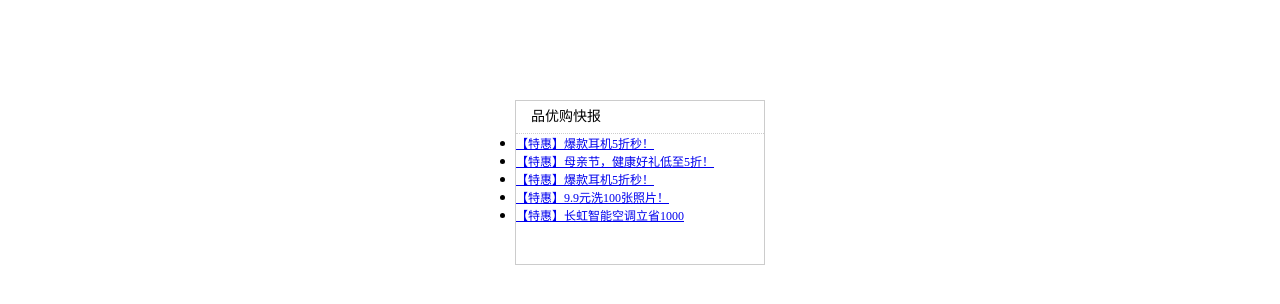
Repository: TheBestBadGuy0228/code
Page: 快报模块.html
The author's editor kept a copy of each file at every save. The page is drawn from the files as they stood at one save, then again after the next save.
The browser window is 1280 px wide. The pictures show the whole page.

Above is the page before, as saved 2021-12-08 13:41:29.

### 快报模块.html
<!-- /*
 * @Author: Xiao
 * @Date: 2021-12-08 13:18:32
 * @Last Modified by:   Xiao
 * @Last Modified time: 2021-12-08 13:18:32
 */ -->
<!DOCTYPE html>
<html lang="zh-CN">
<head>
    <meta charset="UTF-8">
    <meta http-equiv="X-UA-Compatible" content="IE=edge">
    <meta name="viewport" content="width=device-width, initial-scale=1.0">
    <title>快报模块</title>
    <style>
        * {
            margin: 0;
            padding: 0;
        }

        .kuaibao {
            width: 248px;
            height: 163px;
            border: 1px solid #ccc;
            margin: 100px auto;
        }


        .kuaibao h3 {
            font-weight: 400;
            height: 32px;
            border-bottom: 1px dotted #ccc;
            font-size: 14px;
            line-height: 32px;
            padding-left: 15px;
        }

        .kuaibao ul li a {
            font-size: 12px;
        }
    </style>
</head>
<body>
    <div class="kuaibao">
        <h3>品优购快报</h3>
        <ul>
            <li><a href="#">【特惠】爆款耳机5折秒！</a></li>
            <li><a href="#">【特惠】母亲节，健康好礼低至5折！</a></li>
            <li><a href="#">【特惠】爆款耳机5折秒！</a></li>
            <li><a href="#">【特惠】9.9元洗100张照片！</a></li>
            <li><a href="#">【特惠】长虹智能空调立省1000</a></li>
        </ul>

    </div>
</body>
</html>

After the next save:
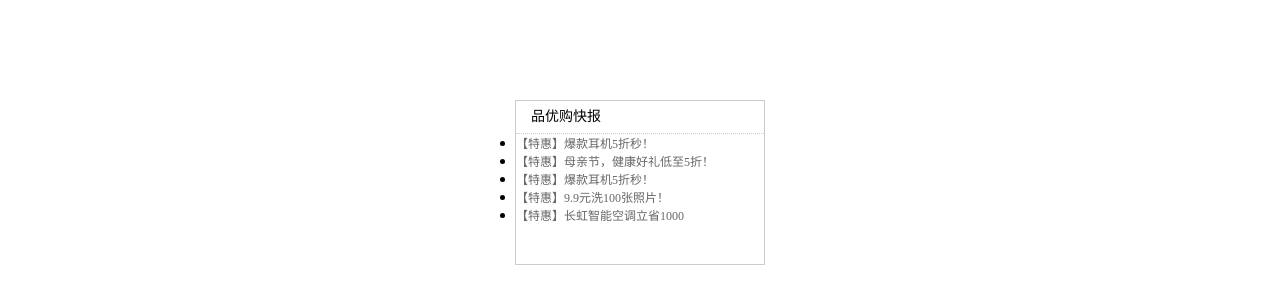
Saved 51 s later.
--- a/快报模块.html
+++ b/快报模块.html
@@ -36,6 +36,9 @@
 
         .kuaibao ul li a {
             font-size: 12px;
+            color: #666;
+            text-decoration: none;
+            list-style: none;
         }
     </style>
 </head>
